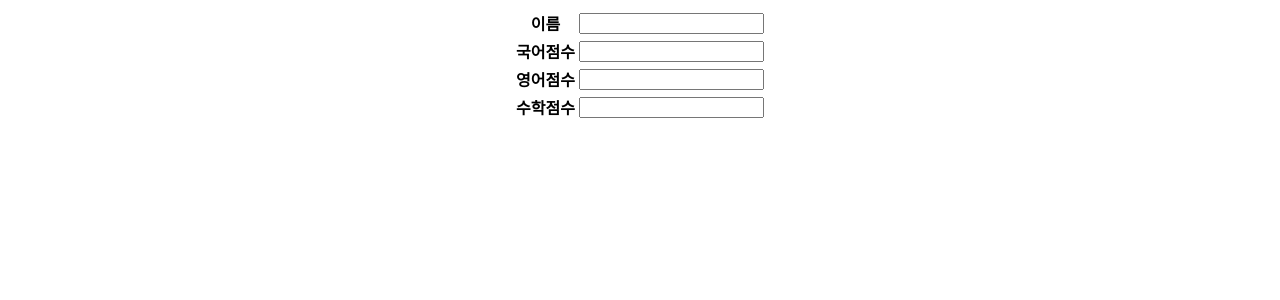
Repository: weasd33/KH_JSP_Practice
Page: http://localhost/01_Servlet/Ex06.jsp
The author's editor kept a copy of each file at every save. The page is drawn from the files as they stood at one save, then again after the next save.
The browser window is 1280 px wide. The pictures show the whole page.
The page is served by Tomcat 9.

Above is the page before, as saved 2022-03-30 05:35:15.

After the next save:
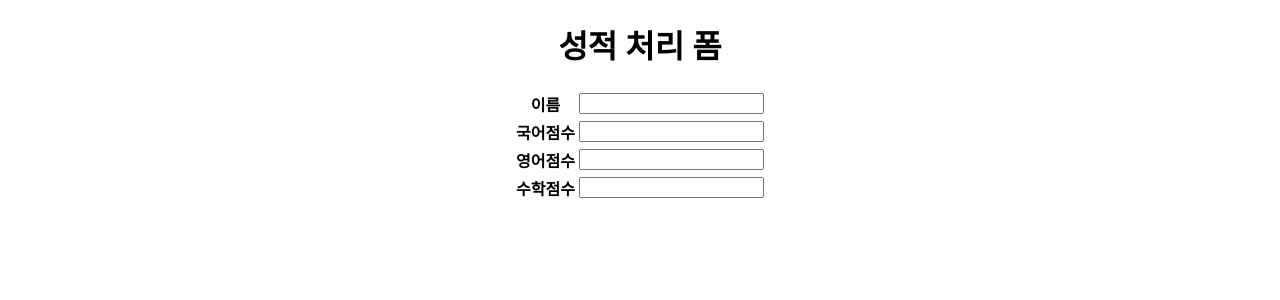
Saved 50 s later.
--- a/01_Servlet/WebContent/Ex06.jsp
+++ b/01_Servlet/WebContent/Ex06.jsp
@@ -14,6 +14,7 @@
 	 --%>
 
 	 <div align="center">
+	 	<h1>성적 처리 폼</h1>
 	 	<table>
 	 		<tr>
 	 			<th>이름</th>
